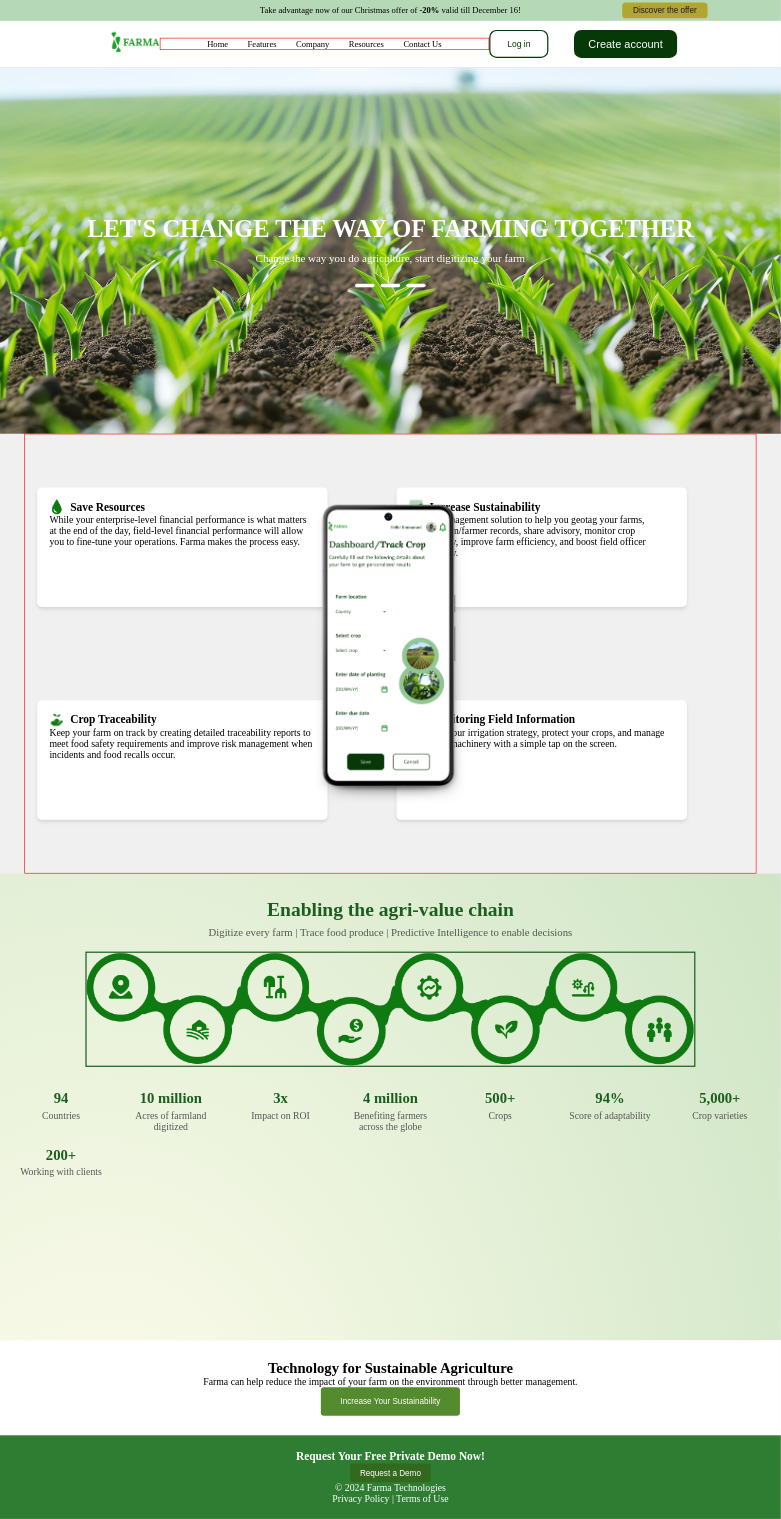
Repository: Cryptim/FARMA-TEAM-4
Page: index.html
An editor plug-in stored every save of this project. The page is shown before and after the next save, followed by the edit.
The browser window is 1280 px wide. The pictures show the whole page, at 61% of full size.

Above is the page before, as saved 2024-12-05 22:24:02.

After the next save:
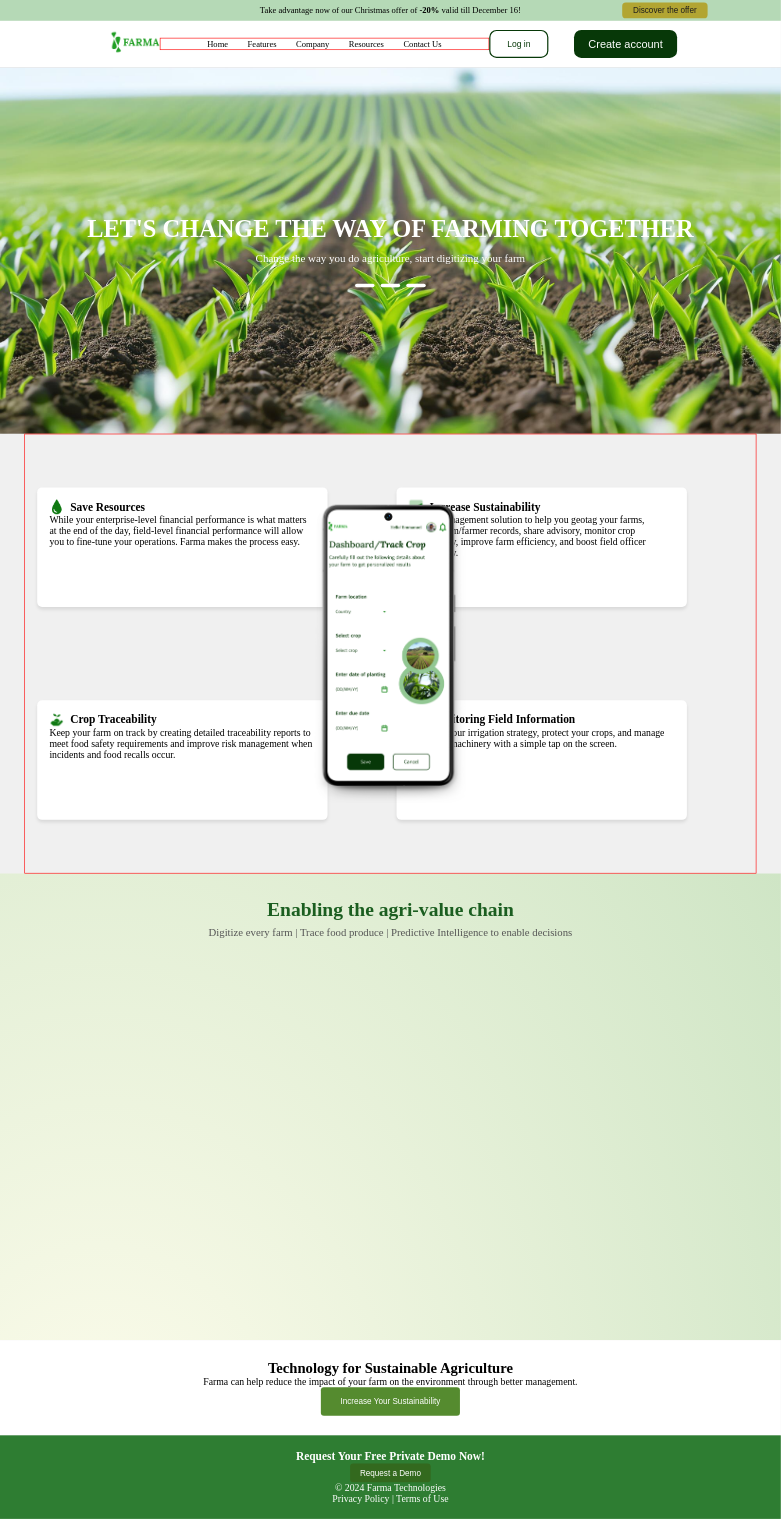
Saved 45 s later.
--- a/index.html
+++ b/index.html
@@ -128,44 +128,7 @@
         enable decisions
       </p>
       <!-- Single Central Image -->
-      <div class="central-image">
-        <img src="assets/images/Chain.png" alt="Agri Value Chain Icon" />
-      </div>
-      <!-- Stats referencing the central image -->
-      <div class="stats">
-        <div class="stat-item">
-          <h2>94</h2>
-          <p>Countries</p>
-        </div>
-        <div class="stat-item">
-          <h2>10 million</h2>
-          <p>Acres of farmland digitized</p>
-        </div>
-        <div class="stat-item">
-          <h2>3x</h2>
-          <p>Impact on ROI</p>
-        </div>
-        <div class="stat-item">
-          <h2>4 million</h2>
-          <p>Benefiting farmers across the globe</p>
-        </div>
-        <div class="stat-item">
-          <h2>500+</h2>
-          <p>Crops</p>
-        </div>
-        <div class="stat-item">
-          <h2>94%</h2>
-          <p>Score of adaptability</p>
-        </div>
-        <div class="stat-item">
-          <h2>5,000+</h2>
-          <p>Crop varieties</p>
-        </div>
-        <div class="stat-item">
-          <h2>200+</h2>
-          <p>Working with clients</p>
-        </div>
-      </div>
+
     </section>
 
     <!-- Sustainability Section -->

After the 2 saves that followed:
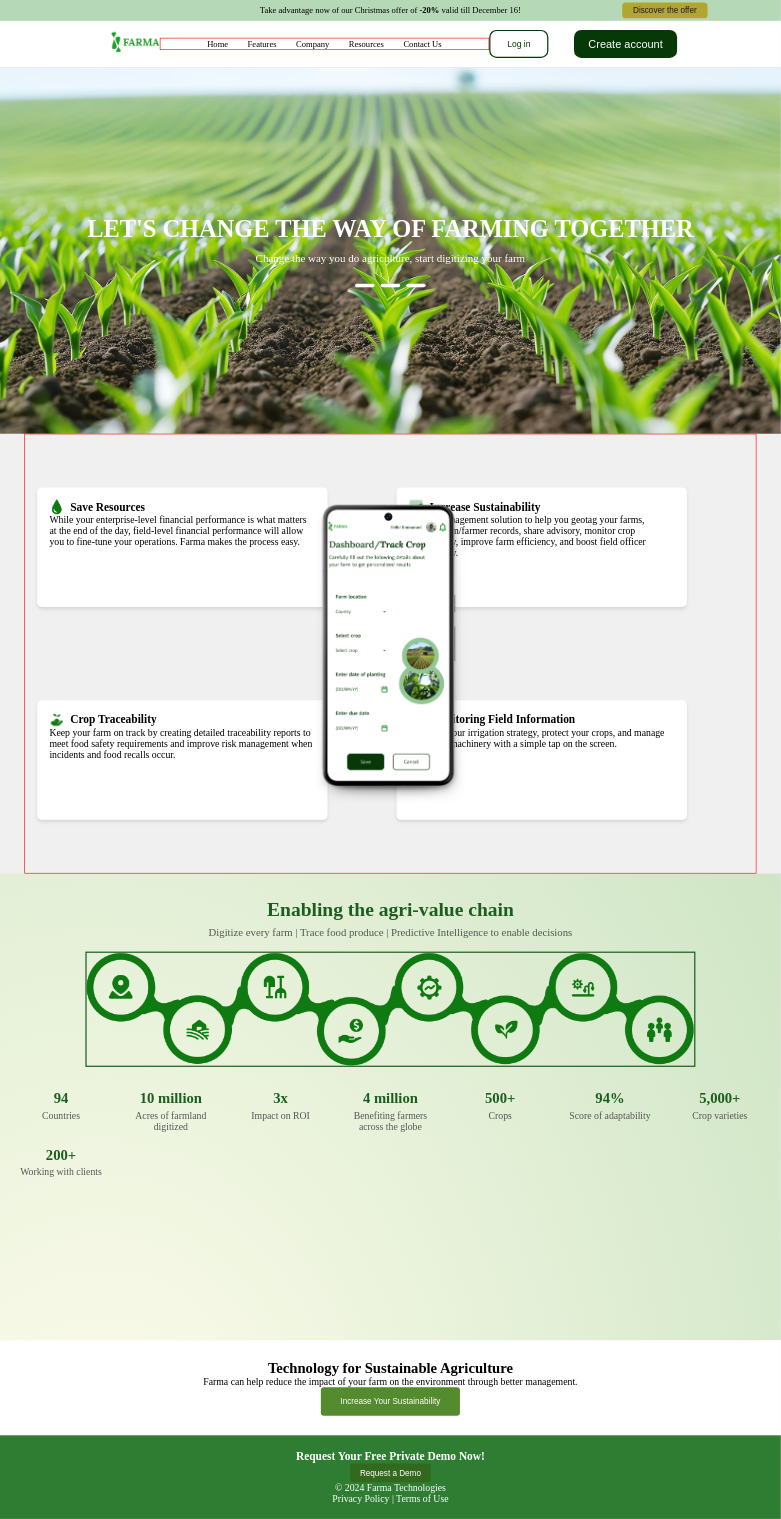
The 2 saves are shown as one change because they came seconds apart.
The last was saved 9 s later.
--- a/index.html
+++ b/index.html
@@ -128,7 +128,46 @@
         enable decisions
       </p>
       <!-- Single Central Image -->
-
+      <div>
+        <div class="central-image">
+          <img src="assets/images/Chain.png" alt="Agri Value Chain Icon" />
+        </div>
+        <!-- Stats referencing the central image -->
+        <div class="stats">
+          <div class="stat-item">
+            <h2>94</h2>
+            <p>Countries</p>
+          </div>
+          <div class="stat-item">
+            <h2>10 million</h2>
+            <p>Acres of farmland digitized</p>
+          </div>
+          <div class="stat-item">
+            <h2>3x</h2>
+            <p>Impact on ROI</p>
+          </div>
+          <div class="stat-item">
+            <h2>4 million</h2>
+            <p>Benefiting farmers across the globe</p>
+          </div>
+          <div class="stat-item">
+            <h2>500+</h2>
+            <p>Crops</p>
+          </div>
+          <div class="stat-item">
+            <h2>94%</h2>
+            <p>Score of adaptability</p>
+          </div>
+          <div class="stat-item">
+            <h2>5,000+</h2>
+            <p>Crop varieties</p>
+          </div>
+          <div class="stat-item">
+            <h2>200+</h2>
+            <p>Working with clients</p>
+          </div>
+        </div>
+      </div>
     </section>
 
     <!-- Sustainability Section -->
